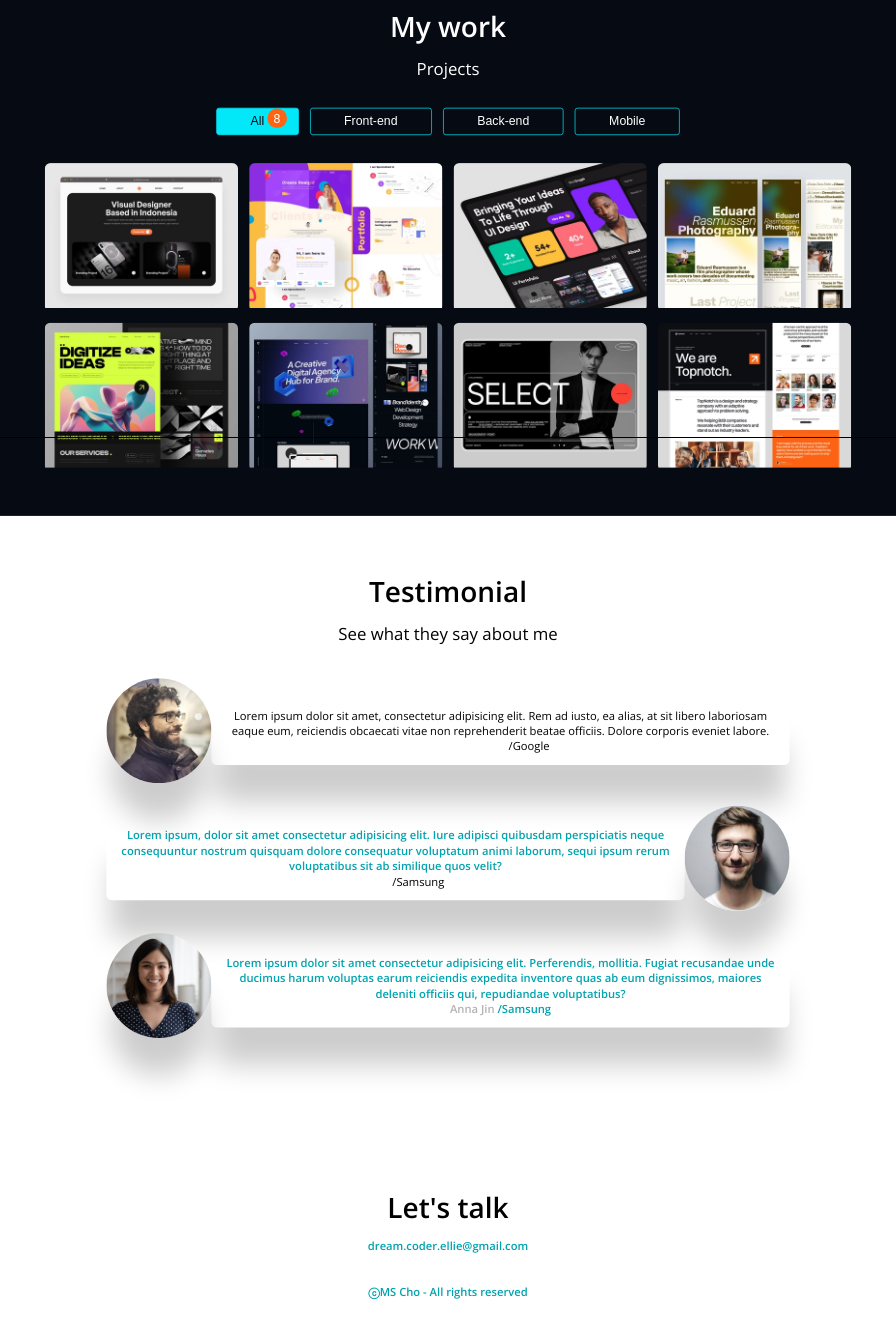
Repository: eggmoon/eggmoon_new
Page: index.html
These files come from the project's save history. The page is drawn as it stood at one moment and after a run of saves; the edit follows.
The browser window is 1280 px wide. The pictures show the part of the page from y = 2280 to 4200 px (the page is 4200 px tall), at 70% of full size.
Some web libraries are served in a nearby version.

Above is the page before, as saved 2025-02-26 15:33:29.

### index.html
<!DOCTYPE html>
<html lang="en">
  <head>
    <meta charset="UTF-8" />
    <meta http-equiv="X-UA-Compatible" content="IE=edge" />
    <meta name="viewport" content="width=device-width, initial-scale=1.0" />
    <!-- SEO -->
    <title>행정심판청구서 작성 가이드</title>
    <meta
      name="description"
      content="Portfolio for world-renowned software
    engineer Ellie"
    />
    <meta name="author" content="MScho" />
    <link rel="shortcut icon" href="images/favicon.ico" type="image/x-icon" />
    <!-- OG (Open Graph Data) -->
    <meta property="og:title" content="행정정심판청구서 작성 가이드" />
    <meta property="og:type" content="website" />
    <meta property="og:url" content="https://eggmoon.github.io/eggmoon/"/>
    <meta property="og:image" content="배포후에 생성된 이미지 URL" />
    <!-- Google Fonts -->
    <link rel="preconnect" href="https://fonts.googleapis.com" />
    <link rel="preconnect" href="https://fonts.gstatic.com" crossorigin />
    <link
      href="https://fonts.googleapis.com/css2?family=Open+Sans:wght@400;600&display=swap"
      rel="stylesheet"
    />
    <!-- Font Awesome -->
    <script src="https://kit.fontawesome.com/8d3cd595d6.js" crossorigin="anonymous"></script>
    <!-- CSS -->
    <link rel="stylesheet" href="css/style.css" />
    <!-- Javascript -->
    <script src="src/main.js" defer></script>
  </head>
  <body>
    <!-- Header -->
    <header class="header">
      <div class="header__logo">
        <img class="header__logo__img" src="images/favicon.ico" alt="logo" />
        <h1 class="header__logo__title"><a href="#">조미성 행정사사무소</a></h1>
      </div>
      <nav>
        <ul class="header__menu">
          <li><a class="header__menu__item active" href="#home">작성 Flow</a></li>
          <li><a class="header__menu__item" href="#about">사실관계 확인</a></li>
          <li><a class="header__menu__item" href="#skills">법령 포섭</a></li>
          <li><a class="header__menu__item" href="#work">사실의 재구성</a></li>
          <li><a class="header__menu__item" href="#testimonial">비례의 원칙</a></li>
          <li><a class="header__menu__item" href="#contact">청구서 작성</a></li>
        </ul>
      </nav>
    </header>
    <!-- Main -->
    <main>
      <!-- Home -->
      <section id="home" class="section">
        <img class="home__logo" src="images/favicon.ico" alt="Ellie's profile" />
        <h2 class="home__title"><strong class="home__title--strong">행정심판청구서</strong> <br> 작성 가이드</h2>
        <p class="home__description">사실관계 확정과 비례의 원칙을 중심으로</p>
        <a class="home__contact" href="#contact">조미성 행정사사무소</a>
      </section>
      <!-- About -->
      <section id="about" class="section max-container =">
        <h2 class="title">작성 Flow</h2>
        <p section="description">
          사실관계 및 법령의 확인
        </p>
        <p>내용을 작성해야 합니다.</p>
        <ul class="about__majors">
          <li class="about__major">
            <i class="fa-brands fa-html5 about__major__icon"></i>
            <p class="about__major__title">사실관계 및 관련 법령</p>
            <p>처분서에 따른... 확인</p>
          </li>
          <li class="about__major">
            <i class="fa-solid fa-mobile about__major__icon"></i>
            <p class="about__major__title">사실관계의 재구성</p>
            <p>사실관계...재구성</p>
          </li>
          <li class="about__major">
            <i class="fa-solid fa-server about__major__icon"></i>
            <p class="about__major__title">자료조사 및 법령의 해석론 확립</p>
            <p>논문, 법령... 등 조사</p>`
          </li>
        </ul>
        <ul class="about__subexps">
          <li class="about__subexp">
            <img src="images/jobs/google.png" alt="google logo" />
            <div>
              <p class="about__subexp__title">Google as Senior Software Engineer</p>
              <p class="about__subexp__content">2019 Oct - Until now</p>
            </div>
          </li>
          <li class="about__subexp">
            <img src="images/jobs/samsung.png" alt="samsung logo" />
            <div>
              <p class="about__subexp__title">Samsung as Software Engineer</p>
              <p class="about__subexp__content">2014 Sept - 2019 Oct</p>
            </div>
          </li>
        </ul>
      </section>
      <!-- Skills -->
      <section id="skills" class="section">
        <div class="max-container">
          <h2 class="title">사실관계의 확인</h2>
          <p class="description">사실관계</p>
          <p>
            Lorem ipsum dolor sit, amet consectetur adipisicing 계lit. Alias
            doloremque sint deleniti vel quod itaque molestias, suscipit dolor
            cupiditate saepe rem minima, amet ipsum accusantium architecto
            laboriosam dolore id necessitatibus?
          </p>
          <div class="skills-container">
            <section class="skills__rule">
              <h3 class="skills__title">Coding Skills</h3>
              <ul>
                <li class="bar">
                  <div class="bar__metadata"><span>HTML</span><span>98%</span></div>
                  <div><div class="bar__value bar__bg" style="width: 98%"></div></div>
                </li>
                <li class="bar">
                  <div class="bar__metadata"><span>CSS</span><span>90%</span></div>
                  <div><div class="bar__value bar__bg" style="width: 90%"></div></div>
                </li>
                <li class="bar">
                  <div class="bar__metadata"><span>JavaScript</span><span>90%</span></div>
                  <div><div class="bar__value bar__bg" style="width: 90%"></div></div>
                </li>
                <li class="bar">
                  <div class="bar__metadata"><span>TypeScript</span><span>80%</span></div>
                  <div><div class="bar__value bar__bg" style="width: 80%"></div></div>
                </li>
                <li class="bar">
                  <div class="bar__metadata"><span>React</span><span>79%</span></div>
                  <div><div class="bar__value bar__bg" style="width: 79%"></div></div>
                </li>
                <li class="bar">
                  <div class="bar__metadata"><span>NodeJs</span><span>68%</span></div>
                  <div><div class="bar__value bar__bg" style="width: 68%"></div></div>
                </li>
              </ul>
            </section>
            <section class="skills__explain">
              <h3 class="skills__title">Tools</h3>
              <ul>
                <li>Visual Studio Code</li>
                <li>IntelliJ</li>
                <li>Android Studio Code</li>
                <li>iOS development tools</li>
                <li>Sketch app</li>
              </ul>
            </section>
            <section class="skills__data">
              <h3 class="skills__title">Etc</h3>
              <ul>
                <li>Git</li>
                <li>Scrum Master</li>
                <li>Math</li>
              </ul>
            </section>
          </div>
        </div>
      </section>
      <!-- Work -->
      <section id="work" class="section">
        <div class="max-container">
          <h2 class="title">My work</h2>
          <p class="description">Projects</p>
          <ul class="categories">
            <li>
              <button class="category category--selected">All <span class="category__count">8</span></button>
            </li>
            <li>
              <button class="category">Front-end <span class="category__count">3</span></button>
            </li>
            <li>
              <button class="category">Back-end <span class="category__count">3</span></button>
            </li>
            <li>
              <button class="category">Mobile <span class="category__count">2</span></button>
            </li>
          </ul>
          <ul class="projects">
            <li class="project">
              <a href="#" target="_blank">
                <img src="images/projects/project1.webp" alt="project1" class="project__img"/>
                <div class="project__metadata">
                  <h3 class="project__title">Project #1</h3>
                  <p>Clone Coding with HTML, CSS</p>
                </div>
              </a>
            </li>
            <li class="project">
              <a href="#" target="_blank">
                <img src="images/projects/project2.webp" alt="project2" class="project__img"/>
                <div class="project__metadata">
                  <h3 class="project__title">Project #2</h3>
                  <p>Clone Coding with HTML, CSS</p>
                </div>
              </a>
            </li>
            <li class="project">
              <a href="#" target="_blank">
                <img src="images/projects/project3.webp" alt="project3" class="project__img"/>
                <div class="project__metadata">
                  <h3 class="project__title">Project #3</h3>
                  <p>Clone Coding with HTML, CSS</p>
                </div>
              </a>
            </li>
            <li class="project">
              <a href="#" target="_blank">
                <img src="images/projects/project4.webp" alt="project4" class="project__img"/>
                <div class="project__metadata">
                  <h3 class="project__title">Project #4</h3>
                  <p>Clone Coding with HTML, CSS</p>
                </div>
              </a>
            </li>
            <li class="project">
              <a href="#" target="_blank">
                <img src="images/projects/project5.webp" alt="project5" class="project__img"/>
                <div class="project__metadata">
                  <h3 class="project__title">Project #5</h3>
                  <p>Clone Coding with HTML, CSS</p>
                </div>
              </a>
            </li>
            <li class="project">
              <a href="#" target="_blank">
                <img src="images/projects/project6.webp" alt="project6" class="project__img"/>
                <div class="project__metadata">
                  <h3 class="project__title">Project #6</h3>
                  <p>Clone Coding with HTML, CSS</p>
                </div>
              </a>
            </li>
            <li class="project">
              <a href="#" target="_blank">
                <img src="images/projects/project7.webp" alt="project7" class="project__img"/>
                <div class="project__metadata">
                  <h3 class="project__title">Project #7</h3>
                  <p>Clone Coding with HTML, CSS</p>
                </div>
              </a>
            </li>
            <li class="project">
              <a href="#" target="_blank">
                <img src="images/projects/project8.webp" alt="project8" class="project__img"/>
                <div class="project__metadata">
                  <h3 class="project__title">Project #8</h3>
                  <p>Clone Coding with HTML, CSS</p>
                </div>
              </a>
            </li>
          </ul>
        </div>
      </section>
      <!-- Testimonials -->
      <section id="testimonials" class="section max-container">
        <h2 class="title">Testimonial</h2>
        <p class="description">See what they say about me</p>
        <ul class="testimonials">
          <li class="testimonial">
            <img src="images/testimonials/people1.webp" alt="people1" class="testimonial__img" />
            <div class="testimonial__bubble">
              <p>
                Lorem ipsum dolor sit amet, consectetur adipisicing elit. Rem ad
                iusto, ea alias, at sit libero laboriosam eaque eum, reiciendis
                obcaecati vitae non reprehenderit beatae officiis. Dolore
                corporis eveniet labore.
              </p>
              <p><a href="#">James Kim</a> /Google</p>
            </div>
          </li>
          <li class="testimonial">
            <img src="images/testimonials/people2.webp" alt="people2" class="testimonial__img" />
            <div class="testimonial__bubble">
              <p class="testimonial__bubble__name">
                Lorem ipsum, dolor sit amet consectetur adipisicing elit. Iure
                adipisci quibusdam perspiciatis neque consequuntur nostrum
                quisquam dolore consequatur voluptatum animi laborum, sequi
                ipsum rerum voluptatibus sit ab similique quos velit?
              </p>
              <p><a href="#">Anna Jin</a> /Samsung</p>
            </div>
          </li>
          <li class="testimonial">
            <img src="images/testimonials/people3.webp" alt="people3" class="testimonial__img" />
            <div class="testimonial__bubble">
              <p class="testimonial__bubble__name">
                Lorem ipsum dolor sit amet consectetur adipisicing elit.
                Perferendis, mollitia. Fugiat recusandae unde ducimus harum
                voluptas earum reiciendis expedita inventore quas ab eum
                dignissimos, maiores deleniti officiis qui, repudiandae
                voluptatibus?
              </p>
              <p class="testimonial__bubble__name"><a href="#">Anna Jin</a> /Samsung</p>
            </div>
          </li>
        </ul>
      </section>
      <!-- Arrow up -->
      <aside>
        <a href="#home" title="back to top">
          <i class="fa-solid fa-arrow-up"></i>
        </a>
      </aside>
    </main>
    <!-- Footer -->
    <footer id="contact" class="section">
      <div class="max-container">
        <h2 class="title">Let&#39;s talk</h2>
      <p class="testimonial__bubble__name" class="section">dream.coder.ellie@gmail.com</p>
      <ul>
        <li>
          <a
            href="https://github.com/eggmoon"
            target="_blank"
            title="my github link"
          >
            <i class="fa-brands fa-github"></i>
          </a>
        </li>
        <li>
          <a
            href="https://github.com/eggmoon"
            target="_blank"
            title="my linkedin link"
          >
            <i class="fa-brands fa-linkedin"></i>
          </a>
        </li>
      </ul>
      <p class="testimonial__bubble__name">ⓒMS Cho - All rights reserved</p>
      </div>
    </footer>
  </body>
</html>

### css/style.css
/* Global */
:root {
/* App Colors */
  --color-primary: var(--color-black);
  --color-primary-variant: var(--color-gray);
  --color-accent: var(--color-blue);
  --color-accent-variant: var(--color-orange);
  --color-text: var(--color-white);
  /* Colors */
  --color-white: #ffffff;
  --color-black: #050a13;
  --color-blue: #03e8f9;
  --color-orange: #fd6413;
  --color-gray: #1b1e26;
  /* Size */
  --size-max-width: 1200px;
}
*{
  box-sizing: border-box;
}
body {
  font-family: 'Open Sans', sans-serif;
  margin: 0;
}
h1, h2, h3, p, ul {
  margin: 0;
}

ul {
  list-style: none;
  padding: 0;
}

a{
  text-decoration: none;
  color: var(--color-text);
}

button{
  background-color: transparent;
  outline: 0;
  border: 0;
}

button:focus {
  outline: 1px solid var(--color-blue);
}

/* Common */
.section{
  padding: 4rem;
  text-align: center !important;
}

.title{
  font-size: 2.5rem;
  margin: 1rem 0;

}

.description{
  font-size:1.5rem;
  margin:0.5rem 0;
}

.max-container {
  max-width: var(--size-max-width);
  margin: auto;
}

/* Header */
.header{
  position: fixed;
  background-color: var(--color-black);
  top: 0;
  width: 100%;
  padding:1rem;
  display: flex;
  justify-content: space-between;
  align-items: center;
  z-index:1;
}

.header__logo{
  display:flex;
  align-items: center;
  gap: 8px
}

.header__logo__img{
  width: 36px;
  height: 36px;
}

.header__logo__title {
  font-size: 1.8rem;
}

.header__menu{
  display:flex;
  gap: 4px;
}
.header__menu__item{
  padding: 8px 16px;
}
.header__menu__item:hover{
  border-bottom: 1px solid var(--color-accent);
}
.header__menu__item.active{
  border: 1px solid var(--color-accent);
}
/* Home */
#home{
  background-color: var(--color-primary);
  color: var(--color-text);
  padding: 5rem 1rem;
  padding-top: 7rem;
  text-align: center;
}
.home__logo{
 width: 250px;
 height: 250px;
 object-fit: contain;
 border: 3px solid var(--color-accent);
 border-radius: 50%;
}
.home__title{
 font-size:3rem;
 margin-bottom: 1rem;

}
.home__title--strong{
  color: var(--color-accent);
}
/* .home__description{

} */

.home__contact{
  display: inline-block;
  background-color: var(--color-accent);
  color: var(--color-black);
  padding: 0.5rem 1rem;
  font-weight: bold;
  border-radius: 4px;
}

.home__contact:hover{
    /* hover 밀림 현상 해결: width, height을 주거나 outline으로 해결함 */
  background-color:transparent;
  outline: 1px solid var(--color-accent);
  color: var(--color-text);
}

/* about */

.about__majors{
  display: flex;
  justify-content: space-between;
  gap: 1rem;
  margin: 2.5rem 0;
}

.about__major{
  background-color: var(--color-primary-variant);
  padding: 2rem 1rem;
  color: var(--color-text);
  border-radius: 1rem;
  cursor: default;
  box-shadow:4.0px 8.0px 8.0px rgba(0,0,0,0.38);
  flex-grow:1;
  flex-shrink:1;
  flex-basis:0;
}

.about__major__icon{
  font-size: 4rem;
  margin: 1rem 0;
  color: var(--color-accent);
  transition: all 300ms ease;
}

.about__major__title{
 font-size: 1.5rem;
 font-weight: bold;
 margin-bottom: 1rem;
}

.about__major:hover .about__major__icon{
  transform: rotate(-15deg) scale(1.2);
}

.about__subexps{
  text-align: start;
}
.about__subexp{
  display:flex;
  align-items: center;
  gap: 8px;
  margin-bottom: 1rem;
}
.about__subexp__title{
  color: var(--color-primary);
}

.about__subexp__content{
  color: var(--color-primary);
}

/* skills */

#skills {
  background-color: var(--color-primary-variant);
  color: var(--color-text);
}
.skills__title{
  color: var(--color-accent);
  margin: 1rem 0;
  font-size: 1.2rem;
  margin: 2rem 3rem;
}
.skills-container{
  display: grid;
  grid-template-columns: 6fr 4fr;
  background-color: var(--color-primary);
  border-radius: 8px;
  overflow: hidden;
  box-shadow: 0 2.8px 2.2px rgba(0, 0, 0, 0.034), 0 6.7px 5.3px rgba(0, 0, 0, 0.048), 0 12.5px 10px rgba(0, 0, 0, 0.06), 0 22.3px 17.9px rgba(0, 0, 0, 0.072), 0 41.8px 33.4px rgba(0, 0, 0, 0.086), 0 100px 80px rgba(0, 0, 0, 0.12)
}

.skills__rule{
  grid-row: span 2;
  padding: 1rem;
}

.skills__explain{
  padding: 1rem;
}

.skills__data{
  padding: 1rem;
  background-color: var(--color-primary);
    filter: brightness(150%);
}

.bar{
  display:flex;
  flex-direction: column;
  padding: 1rem;
  gap: 0.5rem;
}
.bar__metadata{
  display:flex;
  justify-content:space-between;
}
.bar__bg{
  width: 100%;
  height: 3px;
  background-color: var(--color-primary-varient);
}
.bar__value{
  background-color: var(--color-accent);
}

 /* Work */
 #work {
  background-color: var(--color-primary);
  color: var(--color-text);
 }

 .categories {
  display:flex;
  justify-content: center;
  margin: 2.5rem;
  gap: 1rem;
 }

 .category {
  position:relative;
  color: var(--color-text);
  font-size: 1.1rem;
  padding: 0.5rem 3rem;
  border-radius: 4px;
  border: 1px solid var(--color-accent);
  cursor: pointer;
  white-space: nowrap;
 }


 .category__count{
  opacity: 0;
  position: absolute;
  top: -20px;
  right: 16px;
  width: 28px;
  height: 28px;
  line-height: 28px;
  border-radius: 100%;
  background-color: var(--color-accent-variant);
  color: var(--color-text);
  transition: all 300ms ease-in;
 }
 .category--selected {
  background-color: var(--color-accent);
  color: var(--color-primary);
 }
 .category--selected .category__count,
 .category:hover .category__count {
  opacity: 1;
  top:0;
 }

 .projects {
  display: grid;
  grid-template-columns: repeat(4, 1fr);
  grid-template-rows: repeat(2,1fr);
  gap: 1rem;
 }

 .project{
  position:relative;
  border-radius:8px;
  overflow:hidden;
 }

 .project__img{
  width: 100%;
 }

 .project__metadata{
  opacity: 0;
  position: absolute;
  top: 0;
  left: 0;
  width: 100%;
  height: 100%;
  background-color: var(--color-black);
  display:flex;
  flex-direction: column;
  justify-content: center;
  align-items: center;
  transition: all 250ms ease-in;
  transform: translateY(-10px);
 }

 .project__metadata:hover {
  opacity:0.8;
  transform: translateY(0px);
 }
 .project__title:after{
  content: '';
  display: block;
  position:relative;
  left:50%;
  transform: translate(-60%);
  width: 80px;
  height: 2px;
  background-color: var(--color-accent);
  margin:0.5rem;
 }

 /* Testimonial */

 .testimonials{
 margin: 3rem;
 }

 .testimonial{
  display: flex;
  align-items:center;
  margin-bottom: 2rem;
 }

 .testimonial:nth-child(even) .testimonial__img {
  order: 1;
 }

 .testimonial__img{
 width: 150px;
 height: 150px;
 border-radius: 100%;
 box-shadow: rgba(0, 0, 0, 0.2) 0px 60px 40px -7px;
 }
 .testimonial__bubble{
  padding: 1rem;
  border-radius: 8px;
  box-shadow: rgba(0, 0, 0, 0.2) 0px 60px 40px -7px;
 }

 .testimonial__bubble__name{
  color: var(--color-accent);
  font-weight: bold;
  filter: brightness(70%);
 }

 /* Footer */

 #contact{
  background-color: var();
 }

Loaded but not shown: src/main.js (no copy from this time; the picture is the same without it)

After the next 2 saves:
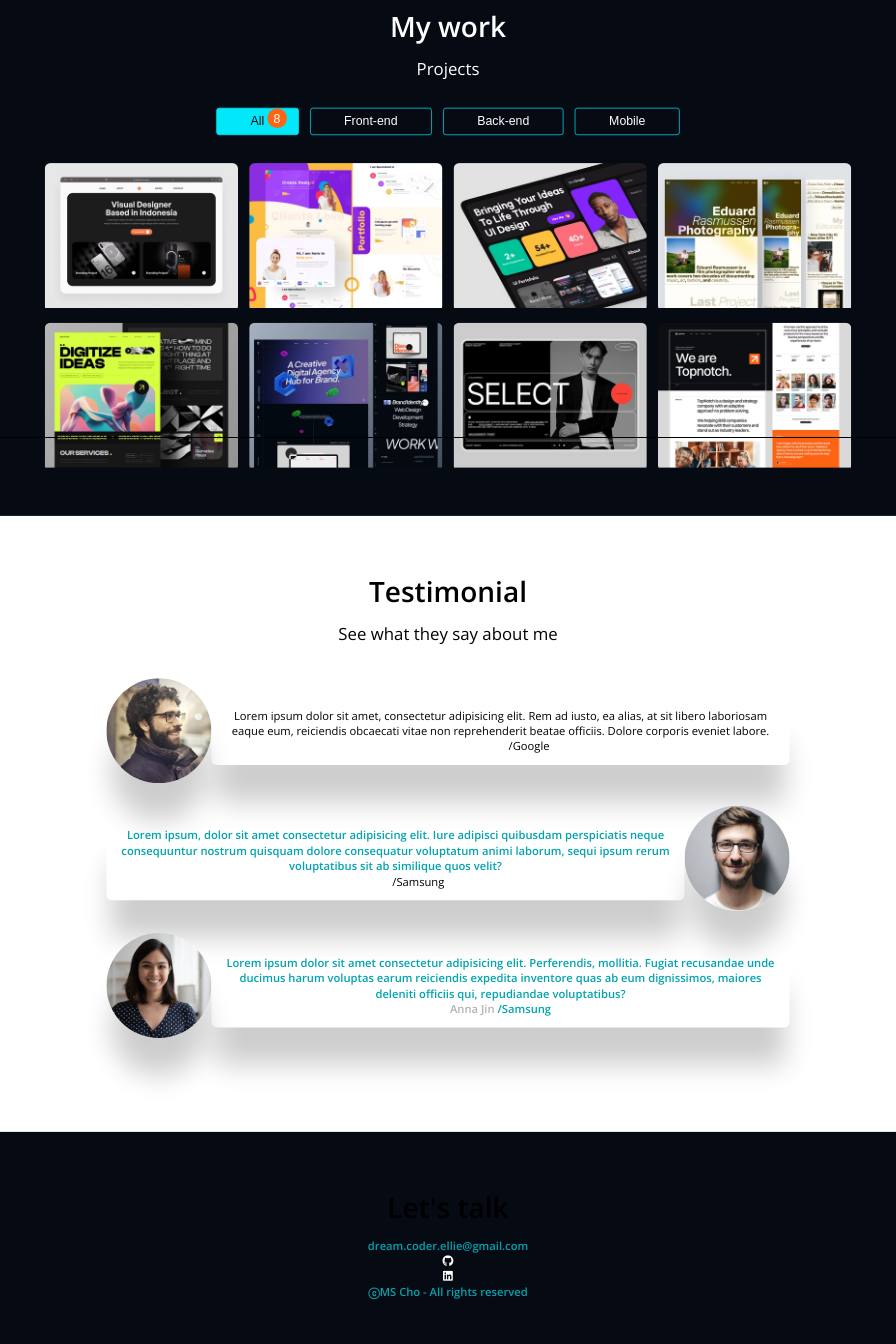
The 2 saves are shown as one change because they came seconds apart.
The last was saved 16 s later.
--- a/css/style.css
+++ b/css/style.css
@@ -396,5 +396,5 @@
  /* Footer */
 
  #contact{
-  background-color: var();
- }
+  background-color: var(--color-primary);
+ }
